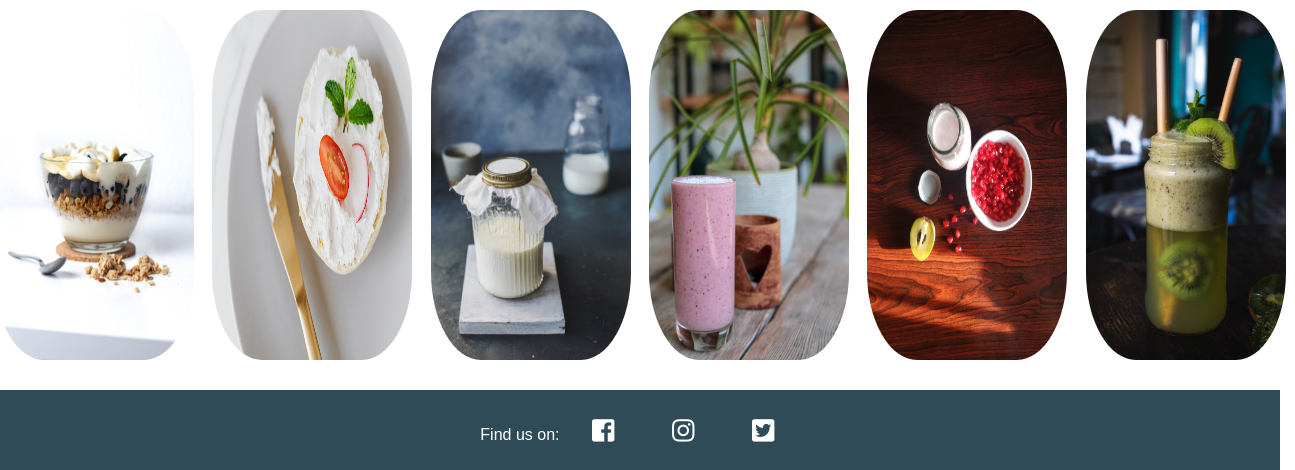
Repository: Code-Institute-Submissions/andna5980-kefir-repo_JuneResub
Page: recipes.html
These files come from the project's save history. The page is drawn as it stood at one moment and after the next save; the edit follows.
The browser window is 1280 px wide. The page is 1295 px wide, so the pictures cover 1295 px, including what lies to the right of the window. The pictures show the part of the page from y = 556 to 1026 px (the page is 1026 px tall).
Some web fonts or font styles are not loaded; a fallback is used. Some web libraries are served in a nearby version.

Above is the page before, as saved 2021-05-25 11:49:06.

After the next save:
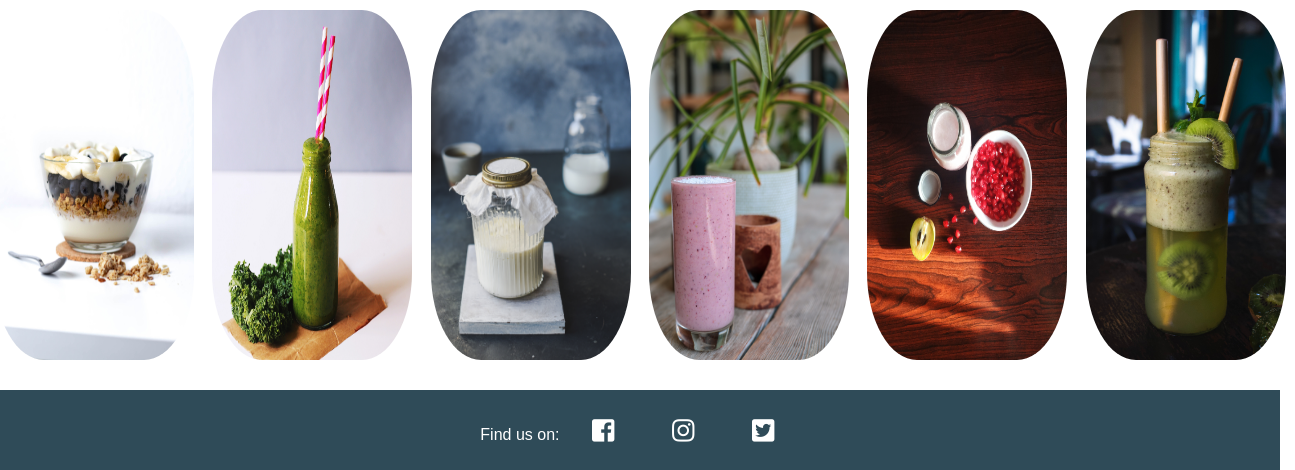
Saved 8 min 0 s later.
--- a/recipes.html
+++ b/recipes.html
@@ -85,7 +85,7 @@
                     alt="granola with kefir and fruits" height="350" width="200">
             </div>
             <div class="picture-box col-6 col-sm-4 col-md-3 col-lg-2">
-                <img src="./assets/images/gallery/pexels-karolina-grabowska-4198018.jpg"
+                <img src="./assets/images/gallery/pexels-alisha-mishra-1346347.jpg"
                     alt="kefir cheese on toast with radish and mint" height="350" width="200">
             </div>
             <div class="picture-box col-6 col-sm-4 col-md-3 col-lg-2">
